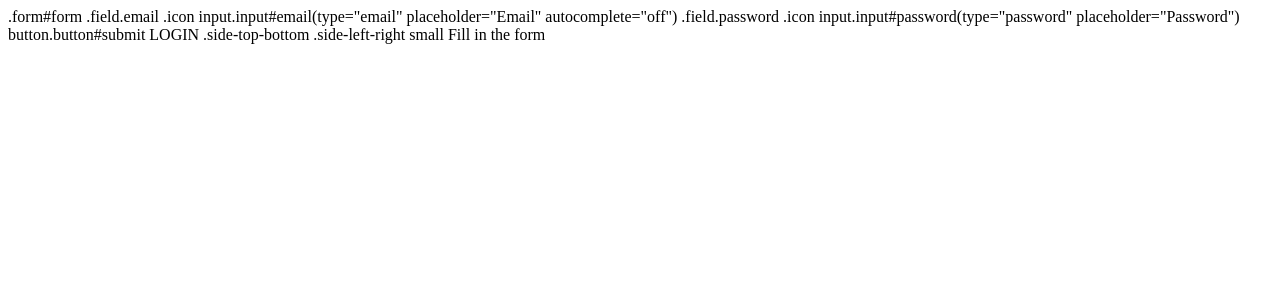
Repository: VetriselvanArumugam/Warehouse-Project
Page: http://localhost/WarehouseProject/WEB-INF/views/admin-login.jsp
The author's editor kept a copy of each file at every save. The page is drawn from the files as they stood at one save, then again after the next save.
The browser window is 1280 px wide. The pictures show the whole page.
The page is served by Tomcat 9. Nobody is signed in. Other server files are loaded and not shown. The template is opened directly, without the code that normally fills it, so the values that code supplies are empty.

Above is the page before, as saved 2022-08-13 15:02:24.
Console error: ReferenceError: $ is not defined

### Pictures/eclipse-june-workspace/WarehouseProject/src/main/webapp/WEB-INF/views/admin-login.jsp
<%@ page language="java" contentType="text/html; charset=ISO-8859-1"
	pageEncoding="ISO-8859-1"%>
<%@ taglib prefix="form" uri="http://www.springframework.org/tags/form"%>
<%@ taglib prefix="c" uri="http://java.sun.com/jsp/jstl/core"%>
<!DOCTYPE html>
<html>
<head>
<meta charset="ISO-8859-1">
<title>Admin Login</title>
<style type="text/css">
.form
	margin: auto
	width: 400px
	padding: 20px 30px
	background: #fff
	border: 1px solid #dfdfdf
	transform-style: preserve-3d
	perspective-origin: 50px center
	perspective: 2000px
	transition: transform 1s ease
	&::before, &::after
		content: ''
		position: absolute
		width: 100%
		left: 0
	&::before
		height: 100%
		top: 0
		transform: translateZ(-100px)
		background: #333
		opacity: 0.3
	&::after
		content: 'SUCCESS!'
		transform: translateY(-50%) translateZ(-101px) scaleX(-1)
		top: 50%
		color: #fff
		text-align: center
		font-weight: bold

.field
	position: relative
	background: #cfcfcf
	transform-style: preserve-3d
	& + &
		margin-top: 10px

.icon
	width: 24px
	height: 24px
	position: absolute
	top: calc(50% - 12px)
	left: 12px
	transform: translateZ(50px)
	transform-style: preserve-3d
	&::before, &::after
		content: ''
		display: block
		width: 100%
		height: 100%
		position: absolute
		top: 0
		left: 0
	&::after
		transform: translateZ(-23px)
		opacity: 0.5

.input
	border: 1px solid #dfdfdf
	background: #fff
	height: 48px
	line-height: 48px
	padding: 0 10px 0 48px
	width: 100%
	transform: translateZ(26px)

.button
	display: block
	width: 100%
	border: 0
	text-align: center
	font-weight: bold
	color: #fff
	background: linear-gradient(45deg, #e53935, #e35d5b)
	margin-top: 20px
	padding: 14px
	position: relative
	transform-style: preserve-3d
	transform: translateZ(26px)
	transition: transform 0.3s ease
	cursor: pointer
	&:hover
		transform: translateZ(13px)

.side-top-bottom
	width: 100%
	&::before, &::after
		content: ''
		width: 100%
		height: 26px
		background: linear-gradient(45deg, darken(#e53935, 5%), darken(#e35d5b, 5%))
		position: absolute
		left: 0
	&::before
		transform-origin: center top
		transform: translateZ(-26px) rotateX(90deg)
		top: 0
	&::after
		transform-origin: center bottom
		transform: translateZ(-26px) rotateX(-90deg)
		bottom: 0
.side-left-right
	height: 100%
	&::before, &::after
		content: ''
		height: 100%
		width: 26px
		position: absolute
		top: 0
	&::before
		background: #e53935
		transform-origin: left center
		transform: rotateY(90deg)
		left: 0
	&::after
		background: #e35d5b
		transform-origin: right center
		transform: rotateY(-90deg)
		right: 0

.email .icon
	&::before, &::after
		background: url(https://image.flaticon.com/icons/svg/131/131040.svg) center/contain no-repeat

.password .icon
	&::before, &::after
		background: url(https://image.flaticon.com/icons/svg/130/130996.svg) center/contain no-repeat


.face-up-left
	transform: rotateY(-30deg) rotateX(30deg)
.face-up-right
	transform: rotateY(30deg) rotateX(30deg)
.face-down-left
	transform: rotateY(-30deg) rotateX(-30deg)
.face-down-right
	transform: rotateY(30deg) rotateX(-30deg)
.form-complete
	animation: formComplete 2s ease
.form-error
	animation: formError 2s ease

input, button
	&:active, &:focus
		outline: none
		border: 1px solid lighten(#e35d5b, 5%)

@keyframes formComplete
	50%, 55%
		transform: rotateX(30deg) rotateY(180deg)
	100%
		transform: rotateX(0deg) rotateY(1turn)

@keyframes formError
	0%, 100%
		transform: rotateX(0deg) rotateY(0deg)
	25%
		transform: rotateX(-25deg)
	33%
		transform: rotateX(-25deg) rotateY(45deg)
	66%
		transform: rotateX(-25deg) rotateY(-30deg)

small
	color: #999
	text-align: center
	display: block
	margin-top: 20px
	backface-visibility: hidden

html, body
	width: 100%
	height: 100%
	display: flex
	background: linear-gradient(45deg, #83a4d4, #b6fbff)

*, *::before, *::after
	box-sizing: border-box
</style>
</head>

<body>
	.form#form
	.field.email
		.icon
		input.input#email(type="email" placeholder="Email" autocomplete="off")
	.field.password
		.icon
		input.input#password(type="password" placeholder="Password")
	button.button#submit LOGIN
		.side-top-bottom
		.side-left-right
	small Fill in the form
</body>
<script type="text/javascript">
var formAnim = {
		$form: $('#form'),
		animClasses: ['face-up-left', 'face-up-right', 'face-down-left', 'face-down-right', 'form-complete', 'form-error'],
		resetClasses: function() {
			var $form = this.$form;

			$.each(this.animClasses, function(k, c) {
				$form.removeClass(c);
			});
		},
		faceDirection: function(d) {
			this.resetClasses();

			d = parseInt(d) < this.animClasses.length? d : -1;

			if(d >= 0) {
				this.$form.addClass(this.animClasses[d]);
			}
		}
	}

	var $input = $('#email, #password'),
			$submit = $('#submit'),
			focused = false,
			completed = false;


	$input.focus(function() {
		focused = true;

		if(completed) {
			formAnim.faceDirection(1);
		} else {
			formAnim.faceDirection(0);
		}
	});

	$input.blur(function() {
		formAnim.resetClasses();
	});

	$input.on('input paste keyup', function() {
		completed = true;

		$input.each(function() {
			if(this.value == '') {
				completed = false;
			}
		});

		if(completed) {
			formAnim.faceDirection(1);
		} else {
			formAnim.faceDirection(0);
		}
	});

	$submit.click(function() {
		focused = true;
		formAnim.resetClasses();

		if(completed) {
			$submit.css('pointer-events', 'none');
			setTimeout(function() {
				formAnim.faceDirection(4);
				$input.val('');
				completed = false;

				setTimeout(function() {
					$submit.css('pointer-events', '');
					formAnim.resetClasses();
				}, 2000);
			}, 1000);
		} else {
			setTimeout(function() {
				formAnim.faceDirection(5);

				setTimeout(function() {
					formAnim.resetClasses();
				}, 2000);
			}, 1000);
		}
	});

	$(function() {
		setTimeout(function() {
			if(!focused) {
				$input.eq(0).focus();
			}
		}, 2000);
	})
</script>
</html>

After the next save:
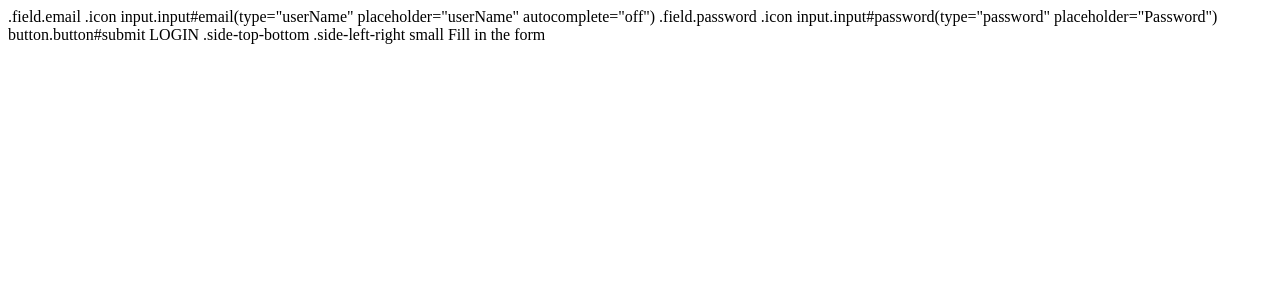
Saved 79 s later.
--- a/Pictures/eclipse-june-workspace/WarehouseProject/src/main/webapp/WEB-INF/views/admin-login.jsp
+++ b/Pictures/eclipse-june-workspace/WarehouseProject/src/main/webapp/WEB-INF/views/admin-login.jsp
@@ -189,10 +189,10 @@ html, body
 </head>
 
 <body>
-	.form#form
+	<form:form action="checkadminlogin" method="post" modelAttribute="admin">
 	.field.email
 		.icon
-		input.input#email(type="email" placeholder="Email" autocomplete="off")
+		input.input#email(type="userName" placeholder="userName" autocomplete="off")
 	.field.password
 		.icon
 		input.input#password(type="password" placeholder="Password")
@@ -200,6 +200,7 @@ html, body
 		.side-top-bottom
 		.side-left-right
 	small Fill in the form
+	</form:form>
 </body>
 <script type="text/javascript">
 var formAnim = {
